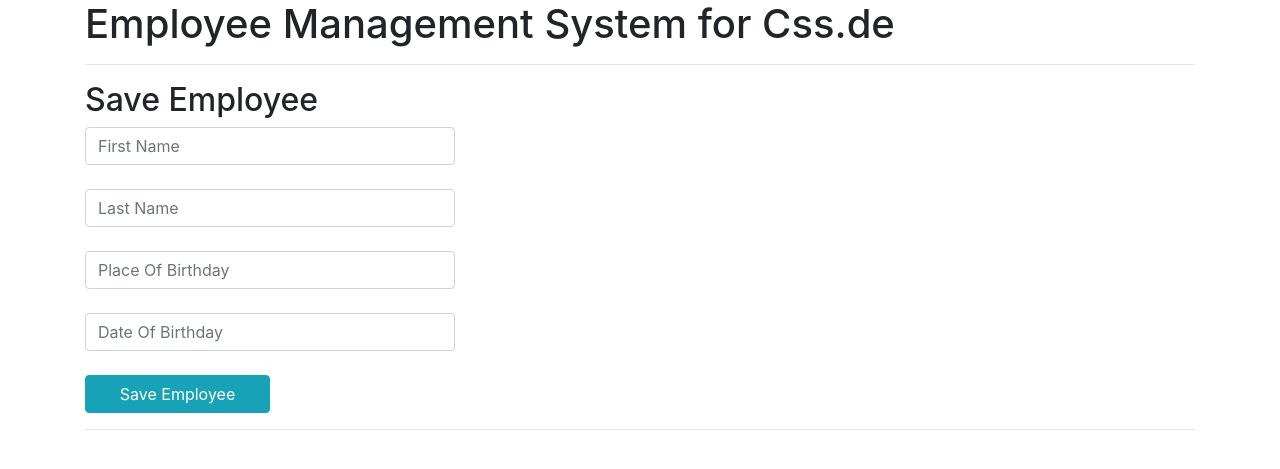
Repository: Len2/Topic4
Page: src/main/resources/templates/newIdCard.html
An editor plug-in stored every save of this project. The page is shown before and after the next save, followed by the edit.
The browser window is 1280 px wide. The pictures show the whole page.

Above is the page before, as saved 2020-09-06 17:15:40.

After the next save:
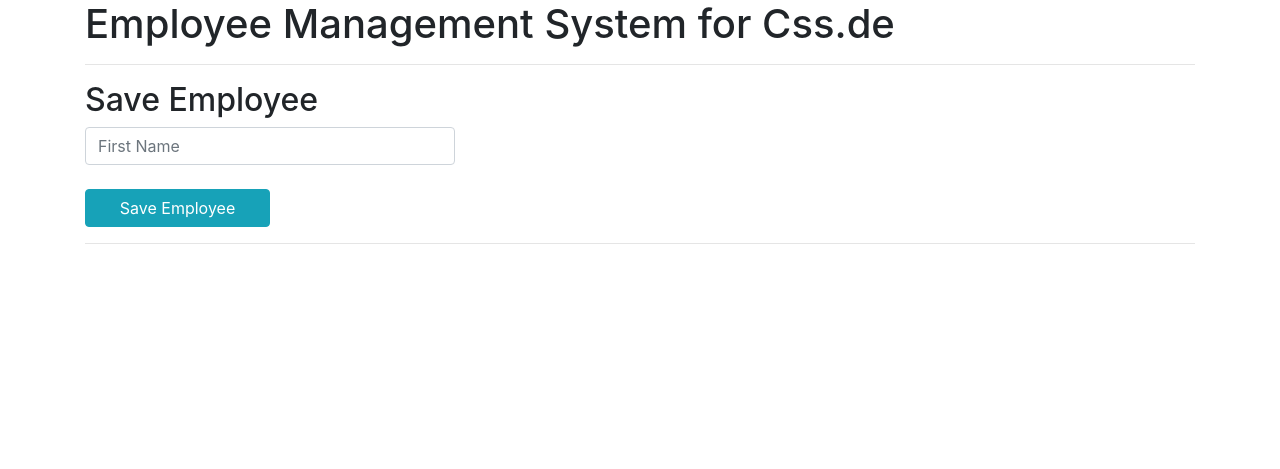
Saved 7 min 58 s later.
--- a/src/main/resources/templates/newIdCard.html
+++ b/src/main/resources/templates/newIdCard.html
@@ -21,14 +21,14 @@
 			<input type="text" th:field="*{firstName}"
             placeholder="First Name" class="form-control mb-4 col-4">
 
-            <input type="text" th:field="*{lastName}"
+            <!-- <input type="text" th:field="*{lastName}"
             placeholder="Last Name" class="form-control mb-4 col-4">
 
             <input type="text" th:field="*{placeOfBirthday}"
             placeholder="Place Of Birthday" class="form-control mb-4 col-4">
 
             <input type="text" th:field="*{dateOfBirthday}"
-            placeholder="Date Of Birthday" class="form-control mb-4 col-4">
+            placeholder="Date Of Birthday" class="form-control mb-4 col-4"> -->
 
 				<button type="submit" class="btn btn-info col-2"> Save Employee</button>
 		</form>

After the 3 saves that followed:
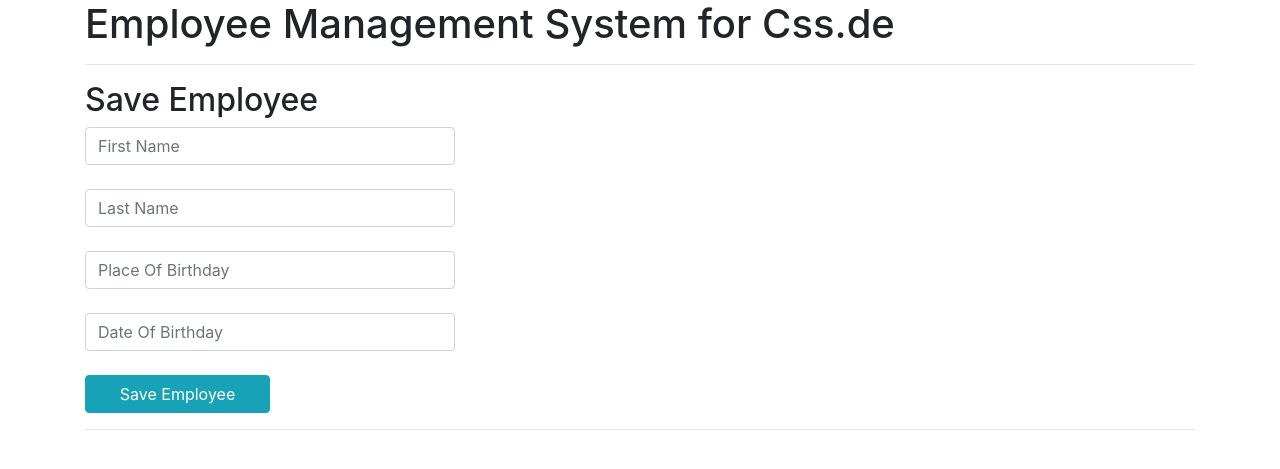
The 3 saves are shown as one change because 1 left the picture as it was and some came seconds apart.
The last was saved 11 min 3 s later.
--- a/src/main/resources/templates/newIdCard.html
+++ b/src/main/resources/templates/newIdCard.html
@@ -21,14 +21,14 @@
 			<input type="text" th:field="*{firstName}"
             placeholder="First Name" class="form-control mb-4 col-4">
 
-            <!-- <input type="text" th:field="*{lastName}"
+            <input type="text" th:field="*{lastName}"
             placeholder="Last Name" class="form-control mb-4 col-4">
 
             <input type="text" th:field="*{placeOfBirthday}"
             placeholder="Place Of Birthday" class="form-control mb-4 col-4">
 
             <input type="text" th:field="*{dateOfBirthday}"
-            placeholder="Date Of Birthday" class="form-control mb-4 col-4"> -->
+            placeholder="Date Of Birthday" class="form-control mb-4 col-4">
 
 				<button type="submit" class="btn btn-info col-2"> Save Employee</button>
 		</form>
